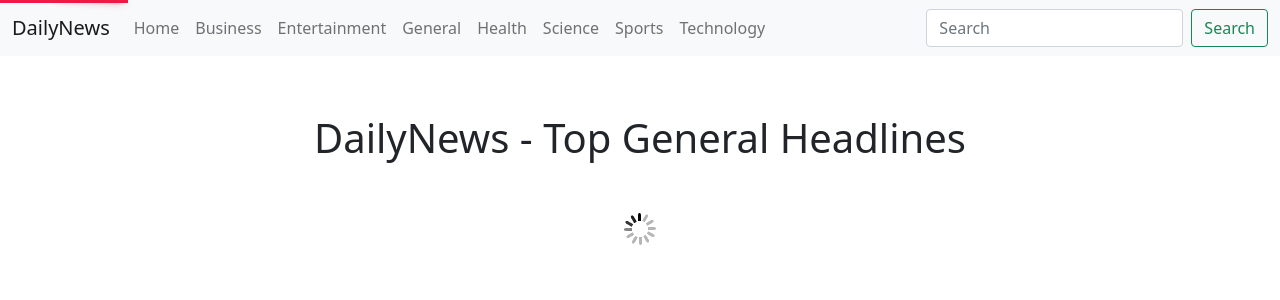
Repository: Bikki084/Daily_News
Page: /
These files come from the project's save history. The page is drawn as it stood at one moment and after the next save; the edit follows.
The browser window is 1280 px wide. The pictures show the whole page.
The page's requests for data from a server got no answer. The project was rebuilt for these pictures with package versions that can differ from the ones it lists, and the page was loaded fresh each time. No one was signed in, and anything a server would have sent is missing. Also part of the build but not shown: src/App.css, src/components/NewsItem.js.

Above is the page before, as saved 2021-12-22 00:00:22.

After the next save:
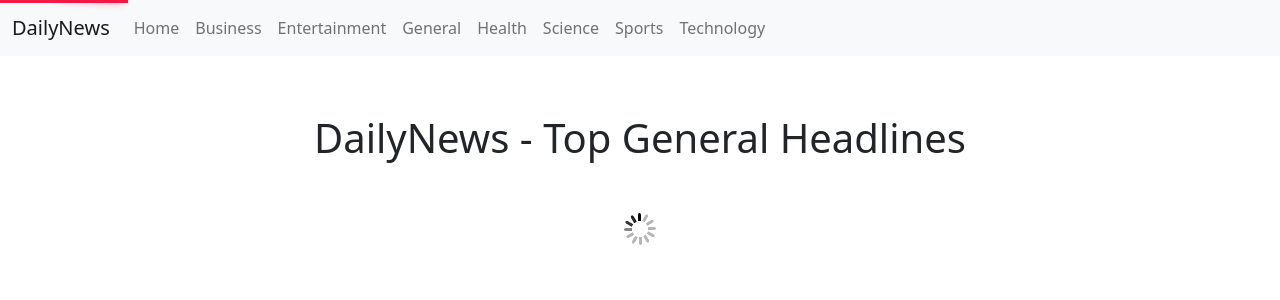
Saved 95 min 37 s later.
--- a/src/components/NavBar.js
+++ b/src/components/NavBar.js
@@ -24,10 +24,7 @@ const NavBar = () => {
                             <li className="nav-item"><Link className="nav-link" to="/sports">Sports</Link></li>
                             <li className="nav-item"><Link className="nav-link" to="/technology">Technology</Link></li>
                         </ul>
-                        <form class="d-flex" method = "get" action = "/Search">
-                            <input class="form-control me-2" type="search" placeholder="Search" aria-label="Search" />
-                            <button class="btn btn-outline-success" type="submit">Search</button>
-                        </form>
+
                     </div>
                 </div>
             </nav>
